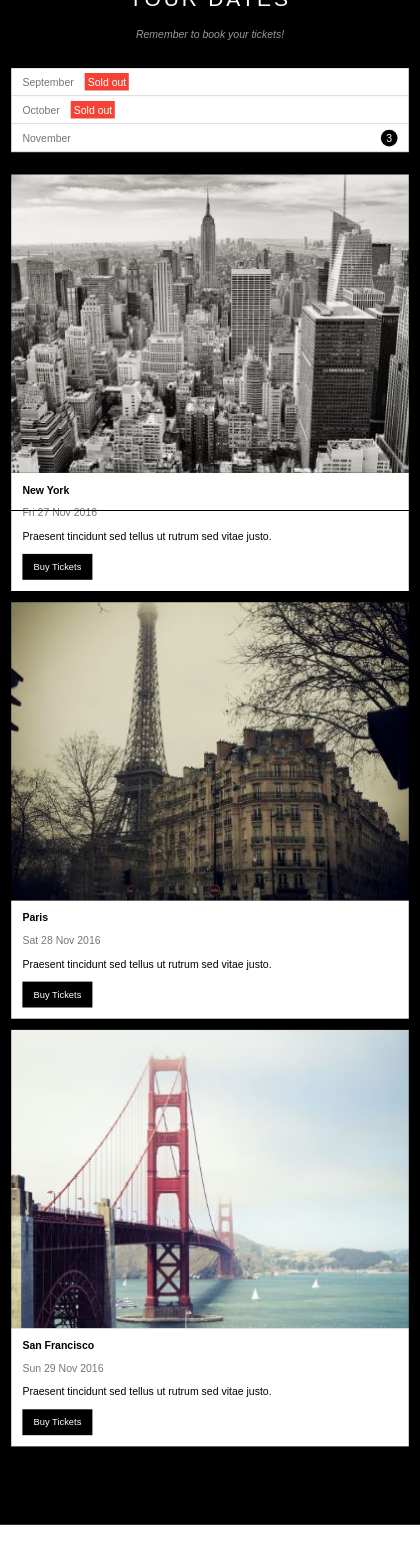
Repository: maivannhan1998/git-w3band
Page: index.html
These files come from the project's save history. The page is drawn as it stood at one moment and after the next save; the edit follows.
The browser window is 600 px wide. The pictures show the part of the page from y = 2175 to 4415 px (the page is 5303 px tall before and 3831 px after), at 70% of full size.

Above is the page before, as saved 2021-09-11 11:05:52.

### index.html

<!DOCTYPE html>
<html lang="en">
<head>
    <meta charset="UTF-8">
    <meta http-equiv="X-UA-Compatible" content="IE=edge">
    <meta name="viewport" content="width=device-width, initial-scale=1.0">
    <title>Document</title>
    <link rel="stylesheet" href="./asset/css/style.css">
    <link rel="stylesheet" href="./asset/css/responsive.css">
    <link rel="stylesheet" href="./asset/fontss/themify-icons/themify-icons.css">
</head>
<body>
    <div id="main">
        <div id="header">
            <!-- Begin: nav -->
            <ul id="nav">
                <li><a href="#">Home</a></li>
                <li><a href="#tour">Tour</a></li>
                <li><a href="#band">Band</a></li>
                <li><a href="#contact">Contact</a></li>
                <li><a href="#">
                    More
                    <i class="nav-arrow-down ti-angle-down"></i>
                </a>
                    <ul class="subnav">
                        <li><a href="#">Merchandise</a></li>
                        <li><a href="#">Extras</a></li>
                        <li><a href="#">Media</a></li>
                    </ul>
                </li>
            </ul>
            <!-- End: nav -->

            <!-- Begin: Search button -->
            <div class="search-btn">
                <i class="search-icon ti-search"></i>
            </div>

            <div id="mobile-menu" class="mobile-menu-btn">
                <i class="menu-icon ti-menu"></i>
            </div>
            <!-- End: Search button -->


        </div>

        <div id="slider">
            <div class="text-content">
                <h2 class="text-heading">New York</h2>
                <div class="text-des">The atmosphere in New York is lorem ipsum.</div>
            </div>
        </div>

        <div id="content">
            <!-- About section -->
            <div id="band" class="content-section">
                <h2 class="heading-section">THE BAND</h2>
                <p class="heading-sub-section">We love music</p>
                <p class="about-text">We have created a fictional band website. Lorem ipsum dolor sit amet, consectetur adipiscing elit, sed do eiusmod tempor incididunt ut labore et dolore magna aliqua. Ut enim ad minim veniam, quis nostrud exercitation ullamco laboris nisi ut aliquip ex ea commodo consequat. Duis aute irure dolor in reprehenderit in voluptate velit esse cillum dolore eu fugiat nulla pariatur. Excepteur sint occaecat cupidatat non proident, sunt in culpa qui officia deserunt mollit anim id est laborum consectetur adipiscing elit, sed do eiusmod tempor incididunt ut labore et dolore magna aliqua. Ut enim ad minim veniam, quis nostrud exercitation ullamco laboris nisi ut aliquip ex ea commodo consequat.</p>
                <div class="row members-list">
                    <div class="member-item col col-third  text-center">
                         <p class="member-name">Name</p>
                         <img src="./asset/img/band/member1.jpg" alt="Name" class="member-img">
                    </div>
                    <div class="member-item col col-third  text-center">
                        <p class="member-name">Name</p>
                        <img src="./asset/img/band/member1.jpg" alt="Name" class="member-img">
                   </div>
                   <div class="member-item col col-third  text-center">
                        <p class="member-name">Name</p>
                        <img src="./asset/img/band/member1.jpg" alt="Name" class="member-img">
                    </div>


                </div>
            </div>

            <!--Tour section  -->
            <div id="tour" class="tour-section">

                <div class="content-section">
                    <h2 class="heading-section text-white">TOUR DATES</h2>
                    <p class="heading-sub-section text-white">Remember to book your tickets!</p>
                    <ul class="tickets-list">
                        <li>September<span class="sold-out">Sold out</span></li>
                        <li>October<span class="sold-out">Sold out</span></li>
                        <li>November<span class="quanity">3</span></li>
                    </ul>

                    <!-- Place section -->
                    <div class="row places-list">
                        <div class="place-item col col-third ">
                            <img src="./asset/img/places/newyork.jpg" alt="New York" class="place-img">
                            <div class="place-content">
                                <h3 class="place-heading">New York</h3>
                                <p class="place-time">Fri 27 Nov 2016</p>
                                <p class="place-des">Praesent tincidunt sed tellus ut rutrum sed vitae justo.</p>
                                <button class="place-buy-btn js-buy-ticket">Buy Tickets</button>
                            </div>
                        </div>

                        <div class=" place-item col col-third ">
                            <img src="./asset/img/places/paris.jpg" alt="Paris" class="place-img">
                            <div class="place-content">
                                <h3 class="place-heading">Paris</h3>
                                <p class="place-time">Sat 28 Nov 2016</p>
                                <p class="place-des">Praesent tincidunt sed tellus ut rutrum sed vitae justo.</p>
                                <button class="place-buy-btn js-buy-ticket">Buy Tickets</button>
                            </div>
                        </div>

                        <div class=" place-item col col-third ">
                            <img src="./asset/img/places/sanfran.jpg" alt="San Francisco" class="place-img">
                            <div class="place-content">
                                <h3 class="place-heading">San Francisco</h3>
                                <p class="place-time">Sun 29 Nov 2016</p>
                                <p class="place-des">Praesent tincidunt sed tellus ut rutrum sed vitae justo.</p>
                                <button class="place-buy-btn js-buy-ticket">Buy Tickets</button>
                            </div>
                        </div>


                    </div>
                </div>


            </div>

            <!-- Contact section -->

            <div id="contact" class="content-section">
                <h2 class="heading-section">CONTACT</h2>
                <p class="heading-sub-section">Fan? Drop a note!</p>


                <div class="row contact-content">
                    <div class="col col-half contact-info">
                           <p><i class="ti-location-pin"></i>Chicago, US</p>
                           <p><i class="ti-mobile"></i>Phone: +00 151515</p>
                           <p><i class="ti-email"></i>Email: mail@mail.com</p>
                    </div>
                    <div class="col col-half contact-form">
                        <form action="">
                            <div class="row">
                                   <div class="col col-half">
                                       <input type="text" name="" placeholder="Name" required  id="contact-name" class="form-control">
                                   </div>
                                   <div class="col col-half">
                                       <input type="email" name="" placeholder="Email" required id="contact-email" class="form-control">
                                   </div>
                                   <!-- <div class="clear"></div> -->
                            </div>
                            <div class="row mt-8">
                               <div class="col col-full">
                                   <input type="text" name="" placeholder="Message" id="contact-message" required class="form-control">
                               </div>
                            </div>
                            <input class="form-submit-btn mt-16" type="submit" value="SEND">

                        </form>
                    </div>
                </div>
            </div>

            <!-- End contact section -->

            <div class="map-section">
                <img src="./asset/img/map.jpg" alt="Map">
            </div>



        </div>

        <div id="footer">
            <div class="social-list">
                <a href=""><i class="ti-facebook"></i></a>
                <a href=""><i class="ti-instagram"></i></a>
                <a href=""><i class="ti-github"></i></a>
                <a href=""><i class="ti-pinterest"></i></a>
                <a href=""><i class="ti-twitter"></i></a>
                <a href=""><i class="ti-linkedin"></i></a>
            </div>
            <p class="copyright">Powered by <a href="">w3.css</a></p>
        </div>
    </div>

    <div class="modal js-modal">
        <div class= "modal-container js-modal-container">
            <div class="modal-close js-modal-close">
                <i class="ti-close"></i>
            </div>
            <header class="modal-header">
                <i class="modal-tibag-icon ti-bag"></i>
                Tickets
            </header>

            <div class="modal-body">
                <label for="ticket-quanity" class="modal-label">
                    <i class="ti-shopping-cart"></i>
                    Tickets, $15 per person
                </label>
                <input id="ticket-quanity" type="text" class="modal-input" placeholder="How many?">

                <label for="ticket-email" class="modal-label">
                    <i class="ti-user"></i>
                    Send to
                </label>
                <input id="ticket-email" type="email" class="modal-input" placeholder="Enter mail...">

                <button id="buy-tickets">
                    Pay <i class="ti-check"></i>
                </button>


            </div>

            <footer class="modal-footer">
                <p class="modal-help">Need <a href="">help?</a></p>
            </footer>
        </div>
    </div>

 <script>
        const buyBtns = document.querySelectorAll('.js-buy-ticket')
        const modal = document.querySelector('.js-modal')
        const modalContainer = document.querySelector('.js-modal-container')
        const modalClose = document.querySelector('.js-modal-close')

        function showBuyTickets() {
            modal.classList.add('open')
        }
        function hiddenBuyTickets() {
            modal.classList.remove('open')
        }

        for ( const buyBtn of buyBtns) {
            buyBtn.addEventListener('click', showBuyTickets )
        }

        modalClose.addEventListener('click', hiddenBuyTickets)

        modal.addEventListener('click', hiddenBuyTickets)

        modalContainer.addEventListener('click', function(event){
            event.stopPropagation()
        })

    </script>

    <script>
        var header = document.getElementById('header');
        var mobileMenu = document.getElementById('mobile-menu');
        var headerHeight = header.clientHeight;

        // Đóng/mở mobile menu
        mobileMenu.onclick = function () {
           var isClose = header.clientHeight === headerHeight;
           if (isClose) {
               header.style.height = 'auto';
           } else {
               header.style.height = null;
           }
        }
        //tự động đóng khi chọn menu
        var menuItems = document.querySelectorAll('#nav li a[href*="#"]')
        for(var i = 0; i < menuItems.length; i++) {
            var menuItem = menuItems[i];

            menuItem.onclick = function(event){
                var isParentMenu = this.nextElementSibling && this.nextElementSibling.classList.contains('subnav');
                if(isParentMenu) {
                    event.preventDefault();
                } else {
                    header.style.height = null;
                }
            }

        }
    </script>

</body>
</html>

### asset/css/style.css
/* Reset CSS*/
*{
    padding: 0;
    margin: 0;
    box-sizing: border-box;
}

/* common */

.row {
    margin-left: -8px;
    margin-right: -8px;
}

.row::after {
    content: "";
    display: block;
    clear: both;
}

.col {
    float: left;
    padding-left: 8px;
    padding-right: 8px;
}

.col-third {
    width: 33.33333%;
}

.col-half {
    width: 50%;
}

.col-full {
    width: 100%;
}

.s-col-full {
    width: 100%;
}

.text-center {
    text-align: center !important;
}

.clear {
    clear: both;
}

.text-white {
    color: #fff !important;
}

.mt-8 {
    margin-top: 8px;
}

.mt-16 {
    margin-top: 16px;
}

html{
    font-family: Arial, Helvetica, sans-serif;
    scroll-behavior: smooth;

}

#main{

}

#header{
    position: fixed;
    top: 0;
    left: 0;
    right: 0;
    height: 46px;
    background-color: #000;
    z-index: 1;

}

#nav {
    display: inline-block ;
}

#nav, .subnav {
    list-style-type: none;
}

#nav > li {
    display: inline-block;
}

#nav li{
    position: relative;

}

#nav > li > a {
    color: #fff;
    text-transform: uppercase;
}

#nav li a {
    padding: 0 24px;
    line-height: 46px;
    display: block;
    text-decoration: none;
}
#nav .subnav li:hover a,
#nav > li:hover > a {
    color: #000;
    background-color: #ccc;
}

#nav .subnav {
    display: none;
    position: absolute;
    top: 100%;
    left: 0;
    min-width: 160px;
    background-color: #fff;
    box-shadow: 0 0 10px rgba(0, 0, 0, 0.3);
}

#nav .subnav a {
    color: #000;
    padding: 0 12px;
    line-height: 38px;

}

#nav li:hover .subnav {
    display: block;
}

.nav-arrow-down {
    font-size: 14px;
}

#header .mobile-menu-btn {
    position: absolute;
    top: 0;
    right: 0;
    display: none;
}

#header .mobile-menu-btn,
#header .search-btn {
    float: right;
    padding: 0px 21px;
}

#header .mobile-menu-btn:hover {
    background-color: #ccc;
}

#header .mobile-menu-btn:hover .menu-icon {
    color: #000;
}

#header .search-btn:hover  {
    cursor: pointer;
    background-color: #f44336;
}
#header .menu-icon,
#header .search-icon {
    color: #fff;
    font-size: 20px;
    line-height: 46px;
}

#slider{
   margin-top: 45px;
   /* chỉ số % chiều ngang của chính nó (chiều cao lun bằng 1/2 chiều ngang) */
   position: relative;
   padding-top: 50%;
   background: url('../img/slider/slider1.jpg') top center / cover no-repeat;
}

#slider .text-content {
    position: absolute;
    bottom: 47px;
    color: #fff;
    width: 100%;
    /* left: 50%;
   transform: translateX(-50%); */
   text-align: center;

}

#slider .text-heading {
    font-weight: 500;
    font-size: 24px;
}

#slider .text-des {
    font-size: 15px;
    margin-top: 25px;
}

#content{

}

#content .content-section {
    width: 800px;
    padding: 64px 0 112px;
    margin-left: auto;
    margin-right: auto;
    /*responsive */
    max-width: 100%;
    padding-left: 16px;
    padding-right: 16px;

}

#content .heading-section {
    text-align: center;
    font-size: 30px;
    font-weight: 500;
    letter-spacing: 4px;
}

#content .heading-sub-section {
    text-align: center;
    font-size: 15px;
    margin-top: 25px;
    font-style: italic;
    opacity: 0.6;
}

#content .about-text {
    margin-top: 25px;
    text-align: justify;
    font-size: 15px;
    line-height: 1.5;
}

#content .members-list {
    margin-top: 48px;
}



#content .member-name {
    font-size: 15px;
}

#content .member-img {
    width: 154px;
    margin-top: 15px ;
    border-radius: 4px;

}

/* tour section */

.tour-section {
    background-color: #000;
}

.tickets-list {
    margin-top: 40px;
    list-style-type: none;
    background-color: #fff;

}

.tickets-list li {
    color: #757575;
    font-size: 15px;
    padding: 11px 16px;
    border-bottom: 1px solid #ccc;
}

.tickets-list .sold-out {
    color: #fff;
    background-color: #f44336;
    padding: 4px 4px;
    margin-left: 16px;
}

.tickets-list .quanity {
    float: right;
    color: #fff;
    background-color: #000;
    width: 24px;
    height: 24px;
    border-radius: 50%;
    text-align: center;
    margin-top: -3px;
    line-height: 24px;
}

.places-list {
    margin-top: 32px;
}

.place-img{
    width: 100%;
    display: block;
}

.place-img:hover {
    opacity: 0.6;
}

.place-content{
background-color: #fff;
padding: 16px;
font-size: 15px;
}

.place-heading{
    font-size: 15px;
}

.place-time{
    margin-top: 15px;
    color: #757575;
}

.place-des{
    margin: 15px 0;
    line-height: 1.4;
}

.place-buy-btn{
    color: #fff;
    background-color: #000;
    text-decoration: none;
    padding: 11px 16px;
    display: inline-block;
    border: none;
}

.place-buy-btn:hover {
    color: #000;
    background-color: #ccc;
}

/* contact form */

.contact-content {
    margin-top: 48px;
}

.contact-info {
    font-size: 18px;
}

.contact-info i[class*="ti-"]{
    width: 30px;
    display: inline-block;
    line-height: 1.5;
}

.contact-form {
    font-size: 15px;
}

.contact-form .form-control {
    padding: 10px;
    border: 1px solid #ccc;
    width: 100%;
}

.form-submit-btn {
    padding: 10px 16px;
    float: right;
    color: #fff;
    background: #000;
    border: none;
}

.form-submit-btn:hover {
    color: #000;
    background-color: #ccc;
}

.map-section img {
    width: 100%;
}

/* Footer section */

#footer{
    padding: 64px 16px;
    text-align: center;
}

#footer .social-list {
    font-size: 24px;
}

#footer .social-list a {
    color: rgba(0, 0, 0, 0.6);
    text-decoration: none;
}
#footer .copyright a:hover,
#footer .social-list a:hover {
    color: rgba(0, 0, 0, 0.4);
}
#footer .copyright a {
    margin-top: 15px;
    color: rgba(0, 0, 0, 0.6);
}

.modal {
    position: fixed;
    top: 0;
    left: 0;
    right: 0;
    bottom: 0;
    background-color: rgba(0, 0, 0, 0.4);
    align-items: center;
    justify-content: center;
    display: none;
}

.modal.open {
    display: flex;
}

.modal-container {
    background: #fff;
    width: 900px;
    max-width: calc(100% - 32px);
    min-height: 200px;
    position: relative;
    animation: mymove ease 0.5s;
}

.modal-header {
    display: flex;
    align-items: center;
    justify-content: center;
    font-size: 30px;
    color: #fff;
    background-color: #009688;
    min-height: 130px;
    letter-spacing: 4px;
}

.modal-tibag-icon {
    margin-right: 16px;
}

.modal-close {
    position: absolute;
    right: 0;
    top: 0;
    padding: 17px 15px;
    color: #fff;
    cursor: pointer;

}

.modal-close:hover {
    color: #000;
    background-color: #ccc;
}

.modal-body {
    padding: 16px;
}

.modal-label {
    display: block;
    font-size: 15px;
    margin-bottom: 12px;
}

.modal-input {
    border: 1px solid #ccc;
    padding: 11px;
    width: 100%;
    font-size: 15px;
    margin-bottom: 24px;
}

#buy-tickets {
    width: 100%;
    color: #fff;
    background-color: #009688;
    border: none;
    padding: 19px;
    text-transform: uppercase;
    font-size: 15px;
    cursor: pointer;
}

#buy-tickets:hover {
    color: #000;
    background-color: #ccc;
}

.modal-footer {
    padding: 16px;
    float: right;
    font-size: 15px;
}

.modal-footer a {
    color: #2196f3;
    cursor: pointer;
}

@keyframes mymove {
    from{
        transform: translateY(-140px);
        opacity: 0;
    }

    to{
        transform: translateY(0);
        opacity: 1;
    }


}

### asset/css/responsive.css
/* PC */
@media (min-width: 1024px) {

}

/* Tablet */
@media (min-width: 740px) and (max-width: 1023px) {

}

/* Mobile */
@media (max-width: 739px) {

   #header {
       overflow: hidden;
   }

    #header .mobile-menu-btn {
    display: block;
    }

    #header .search-btn {
        display: none;
    }

    #nav {
        display: block;
    }

    #nav .subnav {
        position: initial;
        background-color: #333;
    }

    #nav .subnav a {
        color: #fff;
        padding: 5px 41px;
    }

    #nav li {
        display: block;
    }

    #nav > li:first-child {
        display: inline-block;
    }

    #content .member-item {
        padding-top: 30px ;
        width: 100%;
    }

    #content .member-img {
        width: 60%;
    }

    #content .places-list {
        margin-top: 16px;
    }

    #content .place-item {
        width: 100%;
        padding-top: 16px;
    }
}

Loaded but not shown: asset/fontss/themify-icons/themify-icons.css (common file)

After the next save:
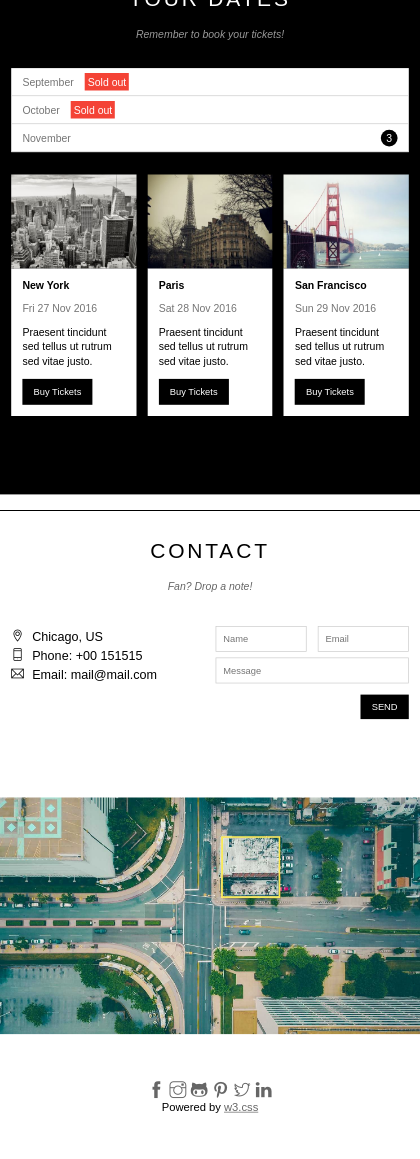
Saved 2 min 25 s later.
--- a/asset/css/responsive.css
+++ b/asset/css/responsive.css
@@ -54,12 +54,7 @@
         width: 60%;
     }
 
-    #content .places-list {
-        margin-top: 16px;
-    }
 
-    #content .place-item {
-        width: 100%;
-        padding-top: 16px;
-    }
+
+
 }
